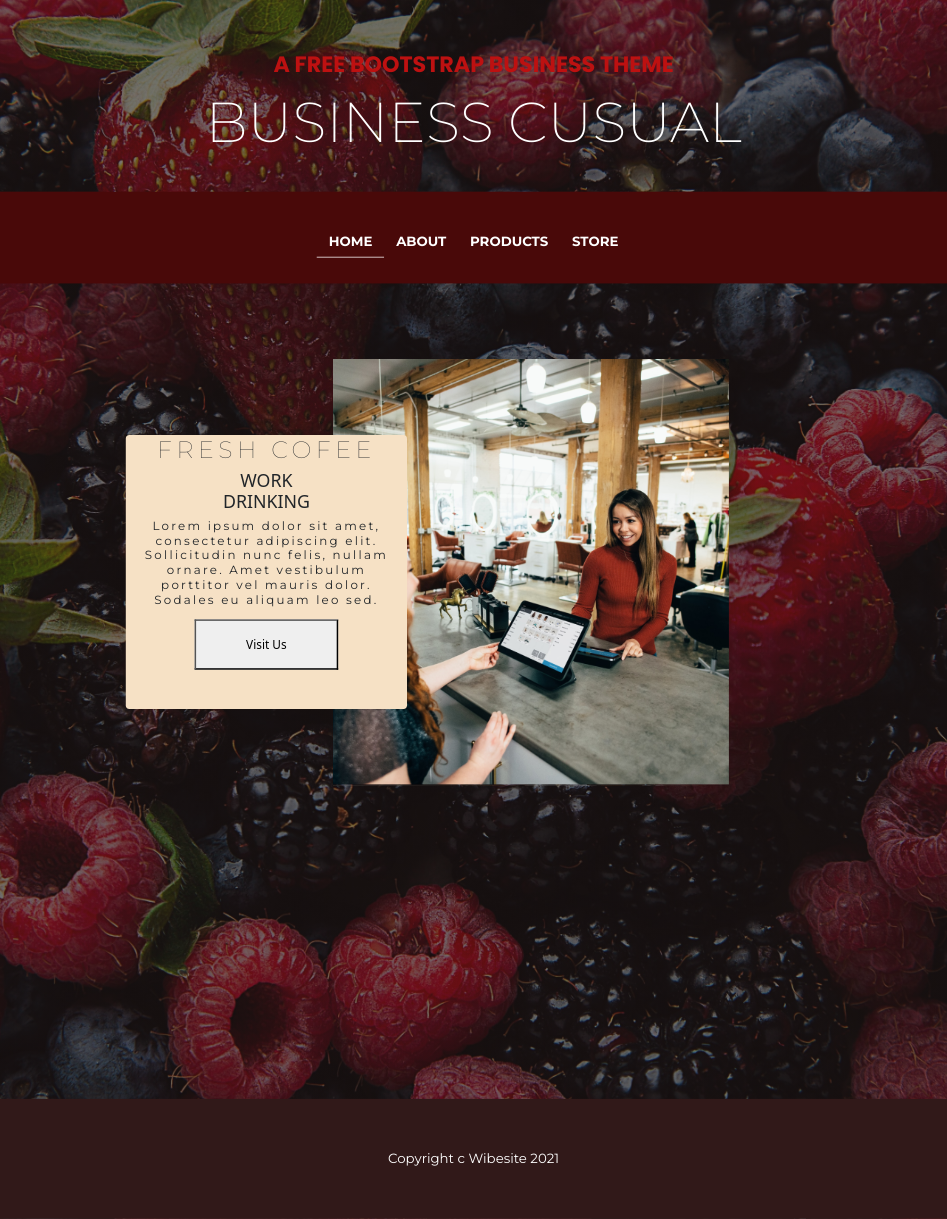
Repository: wadelfadill/tache_7_Business_bootstrap_theme
Page: index.html
These files come from the project's save history. The page is drawn as it stood at one moment and after the next save; the edit follows.
The browser window is 1280 px wide. The pictures show the whole page, at 74% of full size.

Above is the page before, as saved 2023-04-27 20:37:41.

After the next save:
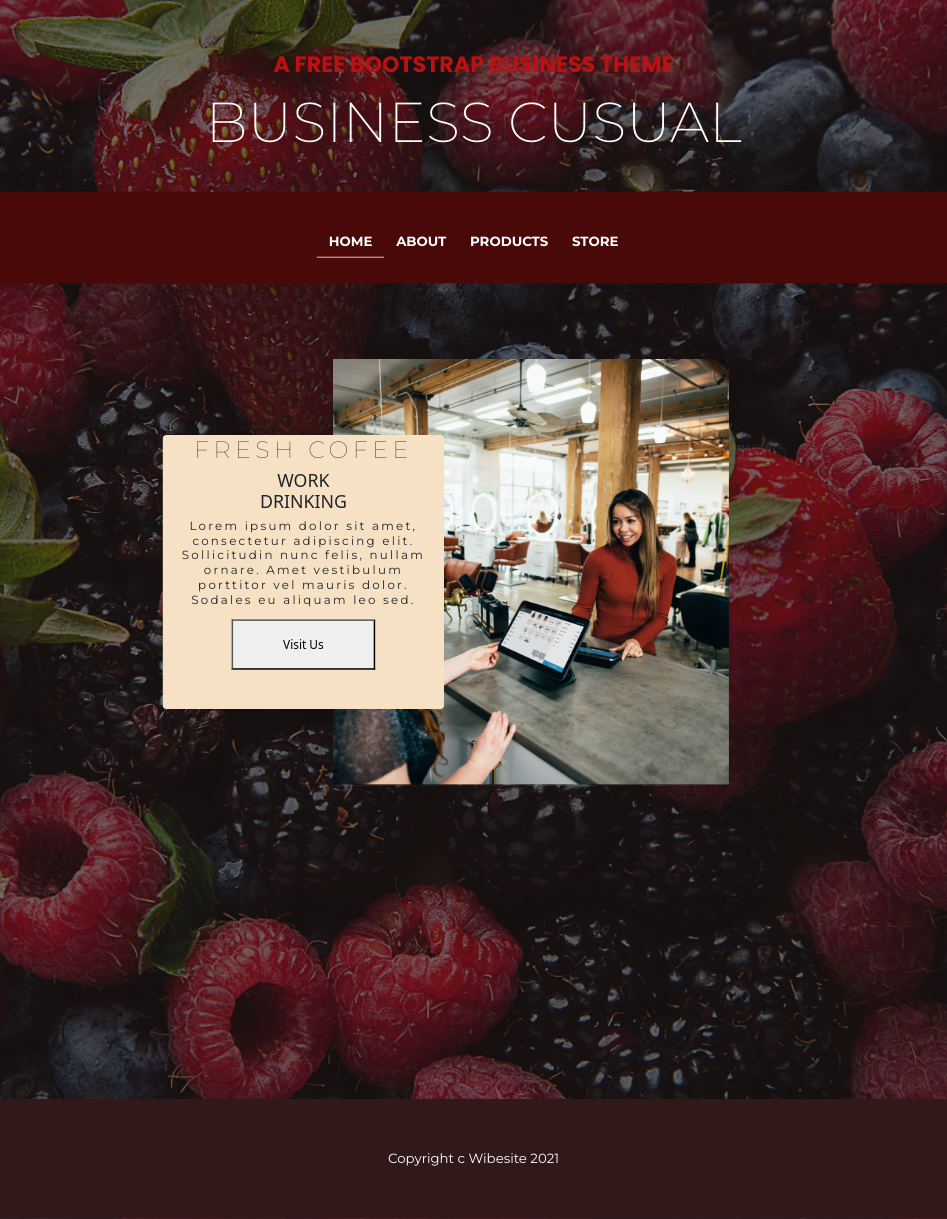
Saved 21 s later.
--- a/css/index_style.css
+++ b/css/index_style.css
@@ -64,5 +64,5 @@
 }
 #first_section .div-1{
     position: relative;
-    left: 100px;
+    left: 150px;
 }

After the save that followed:
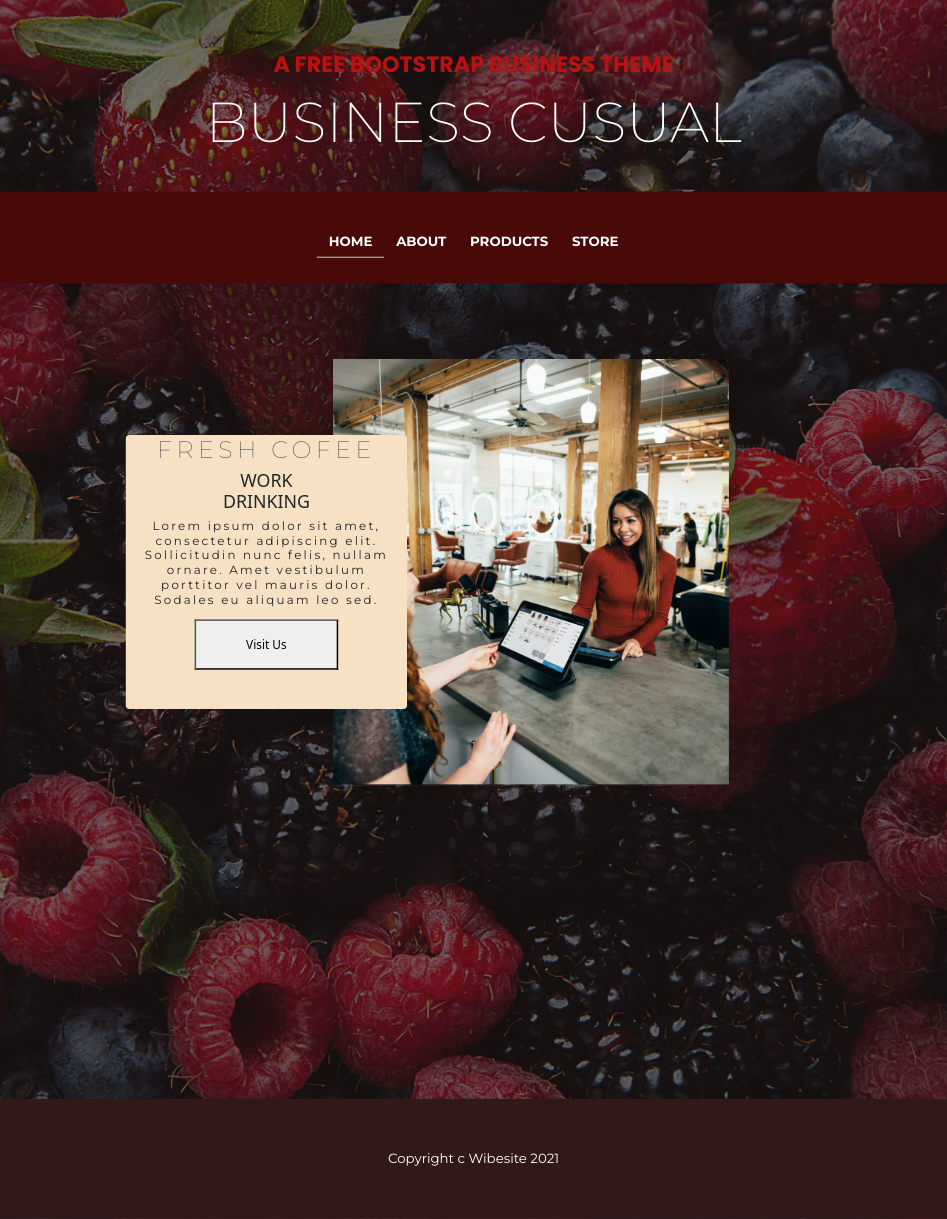
Saved 12 s later.
--- a/css/index_style.css
+++ b/css/index_style.css
@@ -64,5 +64,5 @@
 }
 #first_section .div-1{
     position: relative;
-    left: 150px;
+    left: 100px;
 }
